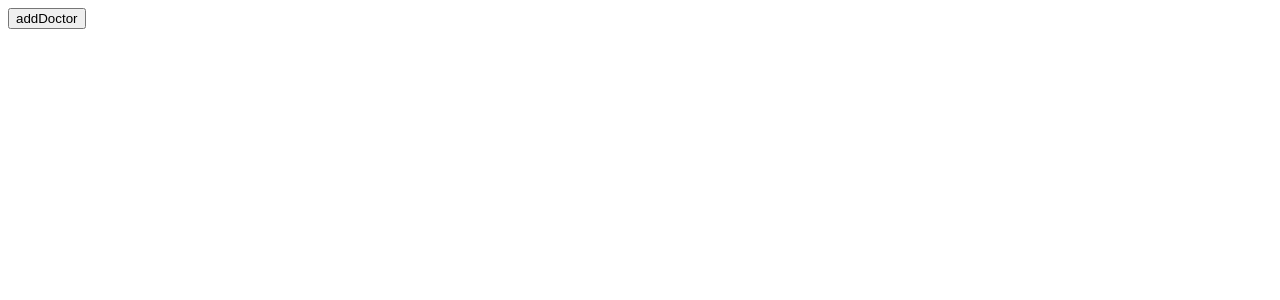
Repository: Kavya-C1/eclipsejava
Page: http://localhost/DoctorAppMaven/adminDashboard.jsp
An editor plug-in stored every save of this project. The page is shown before and after a run of saves, followed by the edit.
The browser window is 1280 px wide. The pictures show the whole page.
The page is served by Tomcat 9.

Above is the page before, as saved 2024-03-15 09:04:28.

After the next 2 saves:
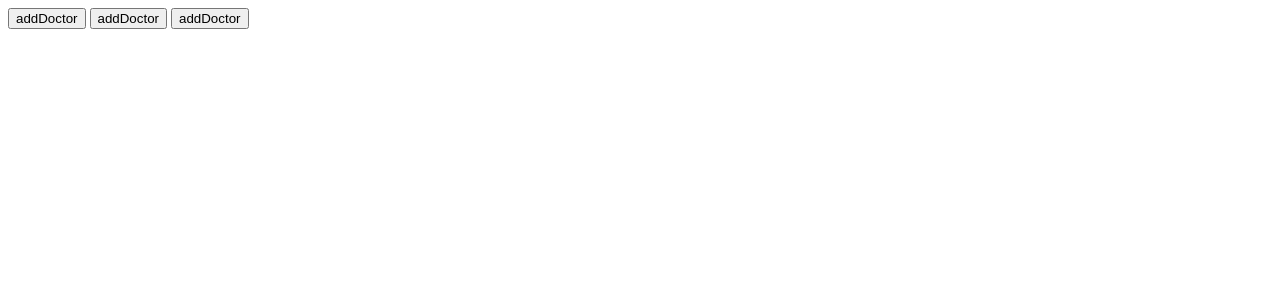
The 2 saves are shown as one change because they came seconds apart.
The last was saved 7 s later.
--- a/DoctorAppMaven/src/main/webapp/adminDashboard.jsp
+++ b/DoctorAppMaven/src/main/webapp/adminDashboard.jsp
@@ -9,7 +9,8 @@
 <body>
 
 <input type="submit" value="addDoctor">
-
+<input type="submit" value="addDoctor">
+<input type="submit" value="addDoctor">
 
 </body>
 </html>
